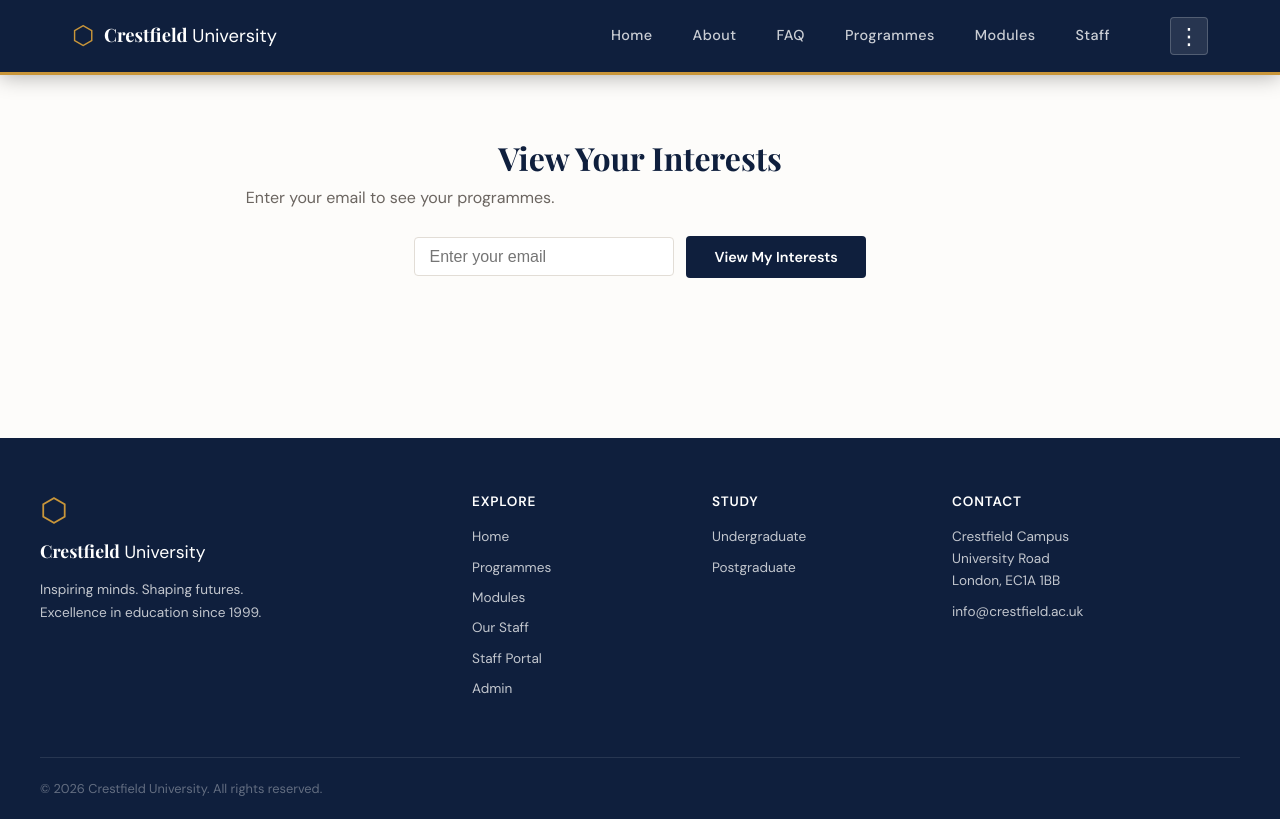
Repository: dowrinprity-blip/Web-Project
Page: http://localhost/University/my-interests.php
The author's editor kept a copy of each file at every save. The page is drawn from the files as they stood at one save, then again after a run of saves.
The browser window is 1280 px wide. The pictures show the whole page.
The page is run by PHP 8.4 with error messages shown; the project is at /var/www/html/.

Above is the page before, as saved 2026-03-25 20:45:24.

### my-interests.php
<?php
require_once 'includes/db.php';
$page_title = 'My Interests';

// ✅ Auto-detect email (GET or POST)
$email = $_GET['email'] ?? ($_POST['email'] ?? '');

// ✅ REMOVE INTEREST (must be BEFORE any output)
if (isset($_GET['remove']) && isset($_GET['email'])) {
    $removeID = (int) $_GET['remove'];
    $email    = $_GET['email'];

    $stmt = $conn->prepare("DELETE FROM interestedstudents WHERE ProgrammeID = ? AND Email = ?");
    $stmt->bind_param("is", $removeID, $email);
    $stmt->execute();

    header("Location: my-interests.php?email=" . urlencode($email));
    exit;
}

include 'includes/header.php';

// Initialize array
$interests = [];

// ✅ FETCH DATA (works for both GET + POST)
if (!empty($email)) {

    $stmt = $conn->prepare("
        SELECT
            p.ProgrammeID,
            p.ProgrammeName,
            p.Description,
            p.Image,
            i.StudentName,
            i.RegisteredAt
        FROM interestedstudents i
        JOIN Programmes p ON i.ProgrammeID = p.ProgrammeID
        WHERE i.Email = ?
        ORDER BY i.RegisteredAt DESC
    ");
    $stmt->bind_param("s", $email);
    $stmt->execute();
    $result = $stmt->get_result();

    while ($row = $result->fetch_assoc()) {
        $interests[] = $row;
    }
}
?>

<section class="section">
    <div class="section-inner" style="max-width:1000px;margin:0 auto;">

        <div class="section-header" style="text-align:center;margin-bottom:1.5rem;">
    <h2>View Your Interests</h2>
    <p style="margin-top:.5rem;color:var(--text-muted);">
        Enter your email to see your programmes.
    </p>
</div>

        <!-- FORM -->
        <form method="POST" action="" style="text-align:center;margin-bottom:2rem;">
            <input type="email" name="email"
                   placeholder="Enter your email"
                   value="<?= htmlspecialchars($email) ?>"
                   required
                   style="padding:.6rem .9rem;font-size:1rem;width:260px;border:1px solid var(--border);border-radius:var(--radius);">
            <button type="submit" class="btn btn-navy" style="margin-left:.5rem;">View My Interests</button>
        </form>

        <?php if (!empty($email)): ?>

            <?php if (!empty($interests)): ?>

                <div class="cards-grid">

                    <?php foreach ($interests as $i): ?>

                        <?php $img = !empty($i['Image']) ? $i['Image'] : 'uploads/placeholder.jpg'; ?>

                        <div class="card">

                            <div class="card-colour-bar"></div>

                            <img src="<?= htmlspecialchars($img) ?>"
                                 alt="<?= htmlspecialchars($i['ProgrammeName']) ?>">

                            <div class="card-body">
                                <h3><?= htmlspecialchars($i['ProgrammeName']) ?></h3>

                                <p>
                                    <?= htmlspecialchars(substr($i['Description'], 0, 100)) ?>…
                                </p>
                            </div>

                            <!-- ✅ NEW FOOTER -->
                            <div class="card-footer">

                                <span>
                                    <?= date('d M Y', strtotime($i['RegisteredAt'])) ?>
                                </span>

                                <div style="display:flex;gap:.4rem;align-items:center;">

                                    <!-- Go -->
                                    <a href="programme_detail.php?id=<?= $i['ProgrammeID'] ?>" title="View">
                                        →
                                    </a>

                                    <!-- Remove -->
                                    <a href="my-interests.php?remove=<?= $i['ProgrammeID'] ?>&email=<?= urlencode($email) ?>"
                                       class="btn-danger"
                                       onclick="return confirm('Remove this interest?')">
                                       ✕
                                    </a>

                                </div>

                            </div>

                        </div>

                    <?php endforeach; ?>

                </div>

            <?php else: ?>

                <p style="text-align:center;color:red;font-weight:600;">
                    No interests found for <strong><?= htmlspecialchars($email) ?></strong>
                </p>

            <?php endif; ?>

        <?php endif; ?>

    </div>
</section>

<?php include 'includes/footer.php'; ?>

### includes/db.php
<?php
require_once __DIR__ . '/config.php';

// Create connection
function getDBConnection() {
    $conn = new mysqli(DB_HOST, DB_USER, DB_PASS, DB_NAME);

    if ($conn->connect_error) {
        die("Connection failed: " . $conn->connect_error);
    }

    $conn->set_charset("utf8mb4");
    return $conn;
}

// Global connection
$conn = getDBConnection();

function checkDatabaseExists() {
    $conn = new mysqli(DB_HOST, DB_USER, DB_PASS);
    $result = $conn->query("SELECT SCHEMA_NAME FROM INFORMATION_SCHEMA.SCHEMATA WHERE SCHEMA_NAME = '" . DB_NAME . "'");
    return $result->num_rows > 0;
}
?>

### includes/config.php
<?php
/**
 * Central Configuration File - Load this first in all includes
 */

// ==================== BASE URL DETECTION ====================
if (!function_exists('detectBaseUrl')) {
    function detectBaseUrl() {
        $protocol = isset($_SERVER['HTTPS']) && $_SERVER['HTTPS'] === 'on' ? 'https://' : 'http://';
        $host = $_SERVER['HTTP_HOST'];
        $scriptName = $_SERVER['SCRIPT_NAME'];

        $basePath = dirname(dirname($scriptName));
        $basePath = str_replace('\\', '/', $basePath);

        if ($basePath == '/' || $basePath == '\\') {
            $basePath = '';
        }

        return rtrim($protocol . $host . $basePath, '/');
    }
}

if (!defined('BASE_URL')) {
    define('BASE_URL', 'http://localhost/University');
}

// ==================== DATABASE CONSTANTS ====================
if (!defined('DB_HOST')) {
    define('DB_HOST', 'localhost');
    define('DB_USER', 'root');
    define('DB_PASS', '');
    define('DB_NAME', 'student_course_hub');
}
?>

### includes/header.php
<?php
$current_page = basename($_SERVER['PHP_SELF']);
if (!function_exists('isStudentLoggedIn')) {
    require_once __DIR__ . '/auth.php';
}

$staffLoggedIn   = function_exists('isStaffLoggedIn')   && isStaffLoggedIn();
$studentLoggedIn = function_exists('isStudentLoggedIn') && isStudentLoggedIn();
$adminLoggedIn   = function_exists('isAdminLoggedIn')   && isAdminLoggedIn();
?>
<!DOCTYPE html>
<html lang="en">
<head>
    <meta charset="UTF-8">
    <meta name="viewport" content="width=device-width, initial-scale=1.0">
    <title><?= isset($page_title) ? htmlspecialchars($page_title) . ' — ' : '' ?>Crestfield University</title>
    <link rel="preconnect" href="https://fonts.googleapis.com">
    <link rel="preconnect" href="https://fonts.gstatic.com" crossorigin>
    <link href="https://fonts.googleapis.com/css2?family=Playfair+Display:wght@400;600;700;900&family=DM+Sans:wght@300;400;500;600&display=swap" rel="stylesheet">
    <link rel="stylesheet" href="<?= BASE_URL ?>/css/style.css">
    <style>
        .portal-menu-wrap { position: relative; margin-left: .5rem; }
        .portal-dots-btn {
            background: rgba(255,255,255,.1);
            border: 1px solid rgba(255,255,255,.2);
            color: #fff; border-radius: var(--radius);
            width: 38px; height: 38px;
            display: flex; align-items: center; justify-content: center;
            cursor: pointer; font-size: 1.4rem; transition: background .2s; flex-shrink: 0;
        }
        .portal-dots-btn:hover { background: rgba(201,150,58,.25); }
        .portal-dropdown {
            display: none; position: absolute; right: 0; top: calc(100% + 10px);
            background: #fff; border-radius: var(--radius-lg);
            box-shadow: 0 12px 40px rgba(11,29,58,.22);
            min-width: 230px; overflow: hidden; z-index: 500;
            border: 1px solid var(--border);
        }
        .portal-dropdown.open { display: block; }
        .portal-dropdown-header {
            background: var(--navy); color: rgba(255,255,255,.6);
            font-size: .68rem; font-weight: 700; letter-spacing: .1em;
            text-transform: uppercase; padding: .65rem 1.1rem;
        }
        .portal-dropdown a {
            display: flex; align-items: center; gap: .75rem;
            padding: .75rem 1.1rem; font-size: .88rem; font-weight: 500;
            color: var(--navy); border-bottom: 1px solid #f5f2ee; transition: background .15s;
        }
        .portal-dropdown a:last-child { border-bottom: none; }
        .portal-dropdown a:hover { background: #fdf9f3; }
        .portal-dropdown a .pd-icon { font-size: 1rem; width: 22px; text-align: center; }
        .portal-dropdown a .pd-label { flex: 1; }
        .portal-dropdown a .pd-arrow { font-size: .8rem; color: var(--gold); }
        .portal-dropdown a.pd-active { background: #fdf6e3; font-weight: 600; }
        .portal-dropdown a.pd-logout { color: #922b21; }
        .portal-dropdown a.pd-logout:hover { background: #fdecea; }
    </style>
</head>
<body>

<header class="site-header">
    <div class="header-inner">
        <a href="<?= BASE_URL ?>/index.php" class="logo">
            <span class="logo-crest">⬡</span>
            <span class="logo-text"><strong>Crestfield</strong> University</span>
        </a>

        <nav class="main-nav">
            <a href="<?= BASE_URL ?>/index.php"           class="<?= $current_page === 'index.php'           ? 'active' : '' ?>">Home</a>
            <a href="<?= BASE_URL ?>/index.php#about">About</a>
            <a href="<?= BASE_URL ?>/index.php#faq">FAQ</a>
            <a href="<?= BASE_URL ?>/programmes.php"      class="<?= $current_page === 'programmes.php'      ? 'active' : '' ?>">Programmes</a>
            <a href="<?= BASE_URL ?>/modules.php"         class="<?= $current_page === 'modules.php'         ? 'active' : '' ?>">Modules</a>
            <a href="<?= BASE_URL ?>/staff_directory.php" class="<?= $current_page === 'staff_directory.php' ? 'active' : '' ?>">Staff</a>
        </nav>

        <!-- 3-dot portal menu -->
        <div class="portal-menu-wrap">
            <button class="portal-dots-btn" onclick="togglePortalMenu()" aria-label="Portal menu" title="Login / My Portal">⋮</button>

            <div class="portal-dropdown" id="portal-dropdown">

                <?php if ($adminLoggedIn): ?>
                <div class="portal-dropdown-header">Admin Portal</div>
                <a href="<?= BASE_URL ?>/admin/index.php" class="pd-active">
                    <span class="pd-icon">🛡️</span><span class="pd-label">Admin Dashboard</span><span class="pd-arrow">→</span>
                </a>
                <a href="<?= BASE_URL ?>/admin/logout.php" class="pd-logout">
                    <span class="pd-icon">⏻</span><span class="pd-label">Sign Out</span>
                </a>

                <?php elseif ($staffLoggedIn): ?>
                <?php $sd = getLoggedInStaff(); ?>
                <div class="portal-dropdown-header">Staff Portal</div>
                <a href="<?= BASE_URL ?>/staff/dashboard.php" class="pd-active">
                    <span class="pd-icon">👤</span><span class="pd-label"><?= htmlspecialchars($sd['Name'] ?? 'My Portal') ?></span><span class="pd-arrow">→</span>
                </a>
                <a href="<?= BASE_URL ?>/staff/profile.php">
                    <span class="pd-icon">✏️</span><span class="pd-label">My Profile</span><span class="pd-arrow">→</span>
                </a>
                <a href="<?= BASE_URL ?>/staff/my_modules.php">
                    <span class="pd-icon">📚</span><span class="pd-label">My Modules</span><span class="pd-arrow">→</span>
                </a>
                <a href="<?= BASE_URL ?>/staff/logout.php" class="pd-logout">
                    <span class="pd-icon">⏻</span><span class="pd-label">Sign Out</span>
                </a>

                <?php elseif ($studentLoggedIn): ?>
                <?php $stu = getLoggedInStudent(); ?>
                <div class="portal-dropdown-header">Student Portal</div>
                <a href="<?= BASE_URL ?>/student/dashboard.php" class="pd-active">
                    <span class="pd-icon">🎓</span><span class="pd-label"><?= htmlspecialchars($stu['FullName'] ?? 'My Portal') ?></span><span class="pd-arrow">→</span>
                </a>
                <a href="<?= BASE_URL ?>/student/my_profile.php">
                    <span class="pd-icon">👤</span><span class="pd-label">My Profile</span><span class="pd-arrow">→</span>
                </a>
                <a href="<?= BASE_URL ?>/student/my_interests.php">
                    <span class="pd-icon">⭐</span><span class="pd-label">My Interests</span><span class="pd-arrow">→</span>
                </a>
                <a href="<?= BASE_URL ?>/student/logout.php" class="pd-logout">
                    <span class="pd-icon">⏻</span><span class="pd-label">Sign Out</span>
                </a>

                <?php else: ?>
                <a href="<?= BASE_URL ?>/my-interests.php">
    <span class="pd-icon">⭐</span>
    <span class="pd-label">View My Interests</span>
    <span class="pd-arrow">→</span>
</a>

                <div class="portal-dropdown-header">Student Access</div>
                <a href="<?= BASE_URL ?>/student/login.php">
                    <span class="pd-icon">🎓</span><span class="pd-label">Student Login</span><span class="pd-arrow">→</span>
                </a>

                <div class="portal-dropdown-header">Staff Access</div>
                <a href="<?= BASE_URL ?>/staff/login.php">
                    <span class="pd-icon">👔</span><span class="pd-label">Staff Login</span><span class="pd-arrow">→</span>
                </a>
                <div class="portal-dropdown-header">Admin Access</div>
                <a href="<?= BASE_URL ?>/admin/login.php">
                    <span class="pd-icon">🛡️</span><span class="pd-label">Admin Login</span><span class="pd-arrow">→</span>
                </a>
                <?php endif; ?>

            </div>
        </div>

        <button class="nav-toggle" onclick="document.querySelector('.main-nav').classList.toggle('open')">☰</button>
    </div>
</header>

<script>
function togglePortalMenu() {
    document.getElementById('portal-dropdown').classList.toggle('open');
}
document.addEventListener('click', function(e) {
    var wrap = document.querySelector('.portal-menu-wrap');
    if (wrap && !wrap.contains(e.target)) {
        document.getElementById('portal-dropdown').classList.remove('open');
    }
});
</script>

### includes/footer.php
<footer class="site-footer">
    <div class="footer-inner">
        <div class="footer-brand">
            <span class="logo-crest">⬡</span>
            <span class="logo-text"><strong>Crestfield</strong> University</span>
            <p>Inspiring minds. Shaping futures.<br>Excellence in education since 1999.</p>
        </div>
        <div class="footer-links">
            <h4>Explore</h4>
            <a href="<?= BASE_URL ?>/index.php">Home</a>
            <a href="<?= BASE_URL ?>/programmes.php">Programmes</a>
            <a href="<?= BASE_URL ?>/modules.php">Modules</a>
            <a href="<?= BASE_URL ?>/staff_directory.php">Our Staff</a>
            <a href="<?= BASE_URL ?>/staff_portal.php">Staff Portal</a>
            <a href="<?= BASE_URL ?>/admin/login.php">Admin</a>
        </div>
        <div class="footer-links">
            <h4>Study</h4>
            <a href="<?= BASE_URL ?>/programmes.php?level=1">Undergraduate</a>
            <a href="<?= BASE_URL ?>/programmes.php?level=2">Postgraduate</a>
        </div>
        <div class="footer-contact">
            <h4>Contact</h4>
            <p>Crestfield Campus<br>University Road<br>London, EC1A 1BB</p>
            <p>info@crestfield.ac.uk</p>
        </div>
    </div>
    <div class="footer-bottom">
        <p>&copy; <?= date('Y') ?> Crestfield University. All rights reserved.</p>
    </div>
</footer>
<script src="<?= BASE_URL ?>/js/main.js"></script>
</body>
</html>

Loaded but not shown: js/main.js (22 lines, source omitted); css/style.css (621 lines, source omitted); includes/auth.php (554 lines, source omitted)

After the next 2 saves:
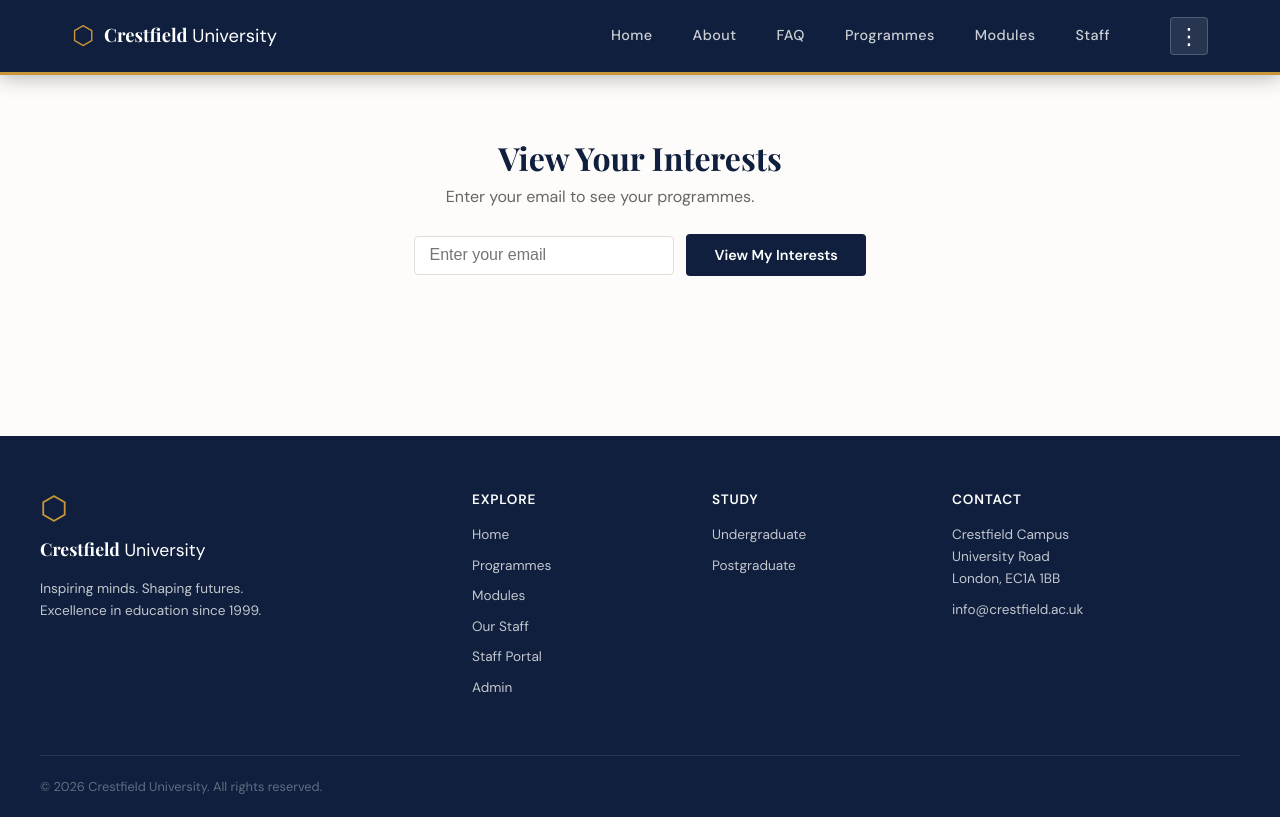
The 2 saves are shown as one change because they came seconds apart.
The last was saved 99 s later.
--- a/my-interests.php
+++ b/my-interests.php
@@ -52,9 +52,9 @@ if (!empty($email)) {
 <section class="section">
     <div class="section-inner" style="max-width:1000px;margin:0 auto;">
 
-        <div class="section-header" style="text-align:center;margin-bottom:1.5rem;">
-    <h2>View Your Interests</h2>
-    <p style="margin-top:.5rem;color:var(--text-muted);">
+        <div class="section-header" style="text-align:center;max-width:600px;margin:0 auto 1.5rem auto;">
+    <h2 style="margin-bottom:.4rem;">View Your Interests</h2>
+    <p style="color:var(--text-muted);margin:0;">
         Enter your email to see your programmes.
     </p>
 </div>
